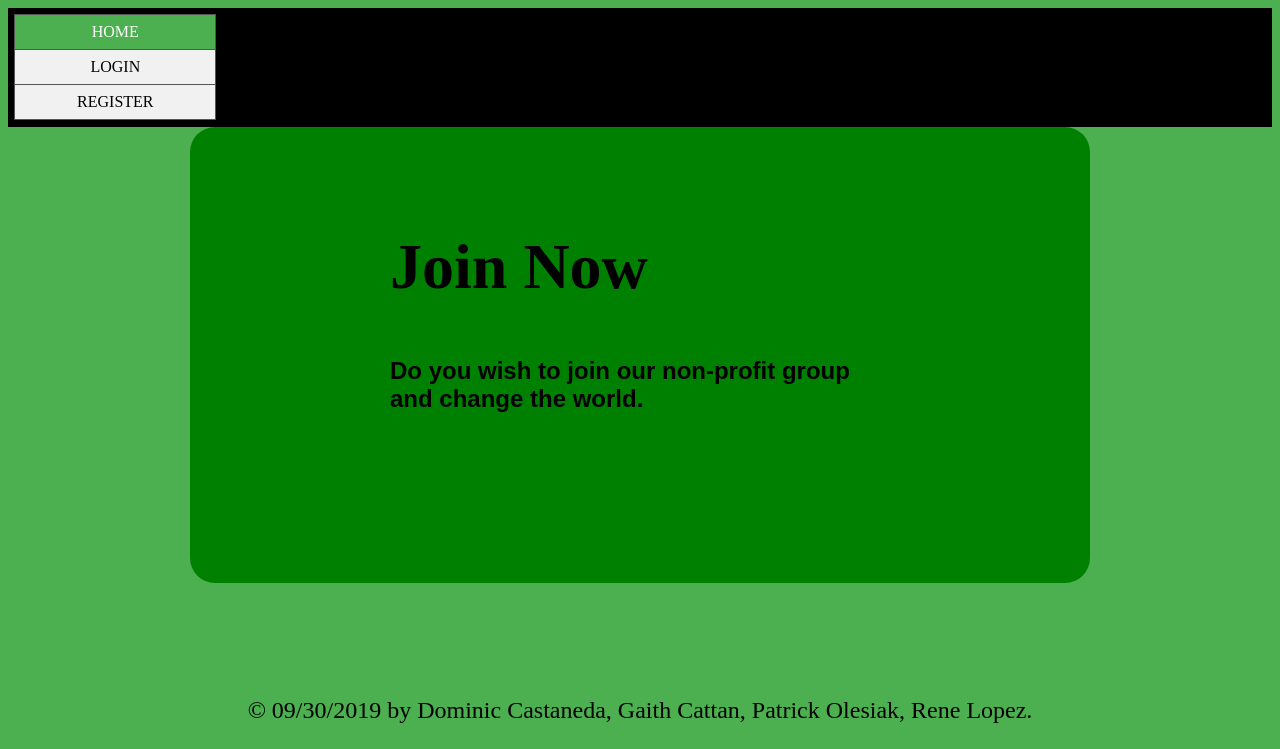
Repository: GaithCattan/COSW30
Page: http://localhost/labwork/homework5/index.php
The author's editor kept a record of every edit. The page is drawn from the files as they stood at one moment, then again after the next edit.
The browser window is 1280 px wide. The pictures show the whole page.
The page is run by PHP 8.4 with error messages shown; the project is at /var/www/html/.

Above is the page before.

After the next edit:
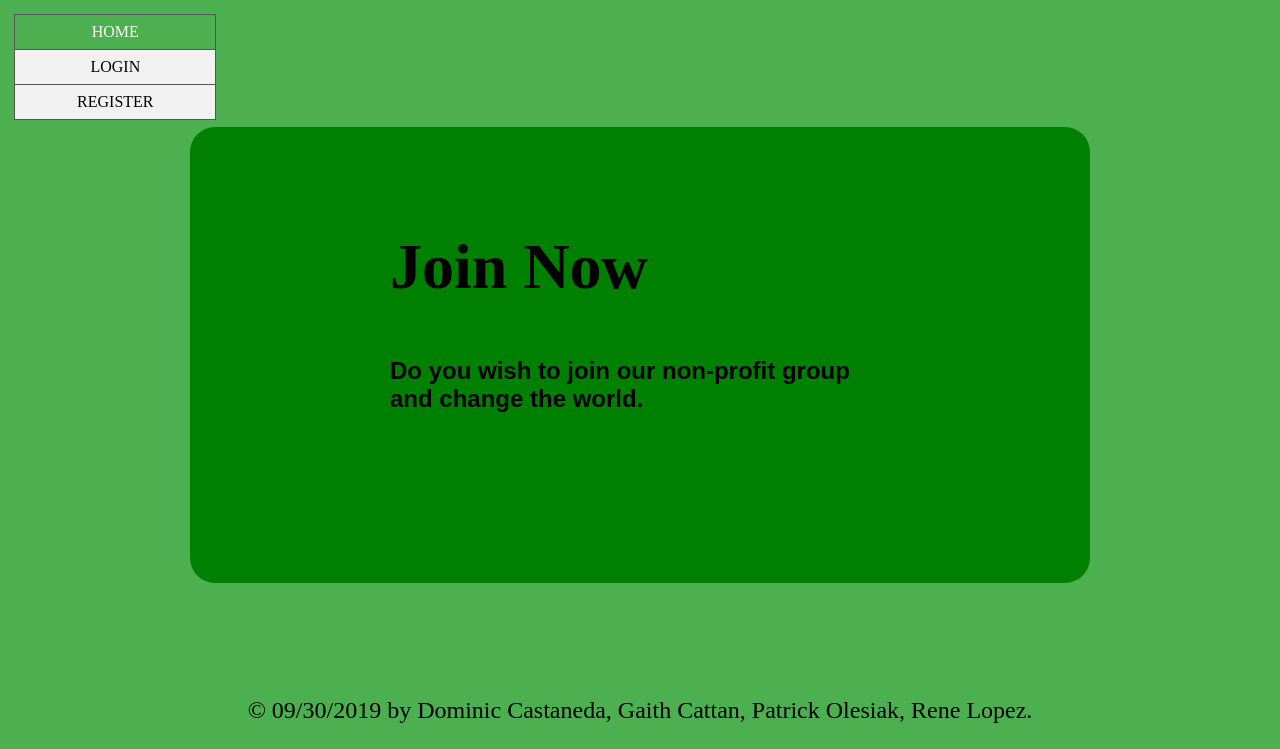
The edit:
--- a/labwork/homework5/includes/header.php
+++ b/labwork/homework5/includes/header.php
@@ -13,7 +13,7 @@
           #container {width: 900px;	margin-left: auto;	margin-right: auto;	padding-top: 50px;	padding-bottom: 150px; border-radius: 25px;	background-color: green;}
           #texting {width: 500px; display: block; margin-left: auto; margin-right: auto;}
           input[type=submit] {background-color: blue; border: none; border-radius: 10px;  color: white;  padding: 16px 32px;  text-decoration: none;  margin: 4px 2px;  cursor: pointer;}
-          header {margin: 0; color: black; background-color: black; padding: 0.5%; text-align: center; font-size: 1em;}
+          header {margin: 0; color: black; background-color: #4CAF50; padding: 0.5%; text-align: center; font-size: 1em;}
           footer {font-size: 1.5em; color: white; text-align: center; margin-top: 9%;}
 
                 ul {
